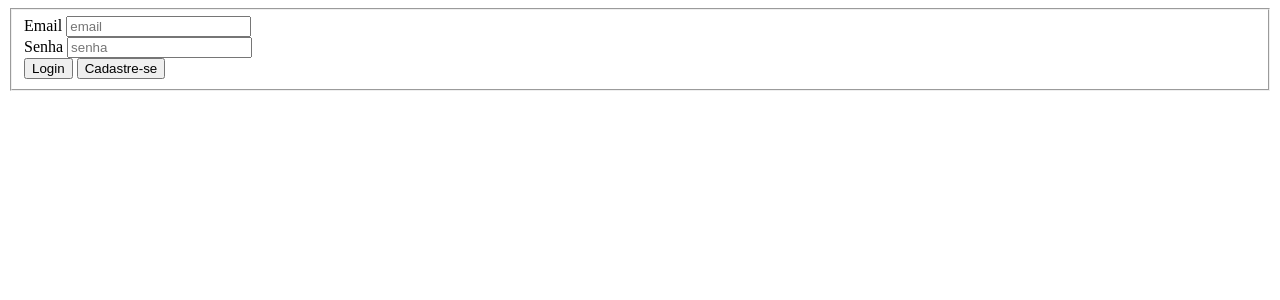
Repository: moises2112/Projetos
Page: http://localhost/Dog/LoginController.do?action=logar
An editor plug-in stored every save of this project. The page is shown before and after the next save, followed by the edit.
The browser window is 1280 px wide. The pictures show the whole page.
The page is served by Tomcat 9.

Above is the page before, as saved 2017-06-10 17:19:38.

After the next save:
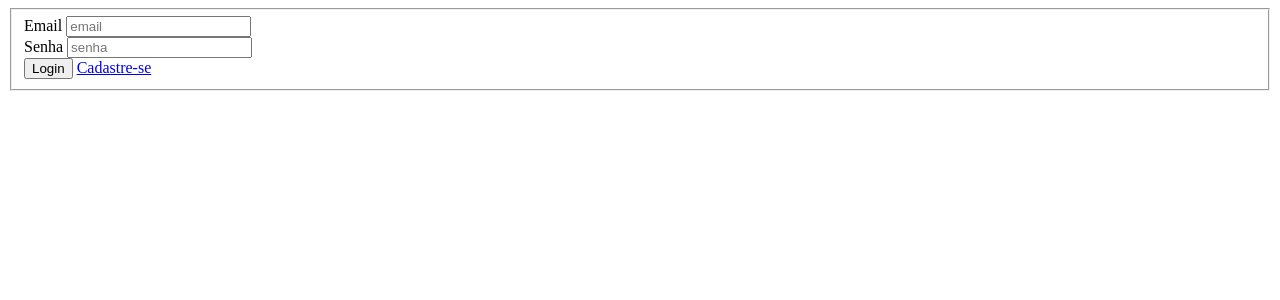
Saved 6 min 0 s later.
--- a/Dog/WebContent/login.jsp
+++ b/Dog/WebContent/login.jsp
@@ -21,8 +21,7 @@
 					placeholder="senha" />
 			</div>
 			<div>
-				<input type="submit" value="Login" />
-				<button type="hidden" href="./cadastrar.jsp">Cadastre-se</button>
+				<input type="submit" value="Login" /> <a href="./cadastrar.jsp">Cadastre-se</a>
 
 			</div>
 
